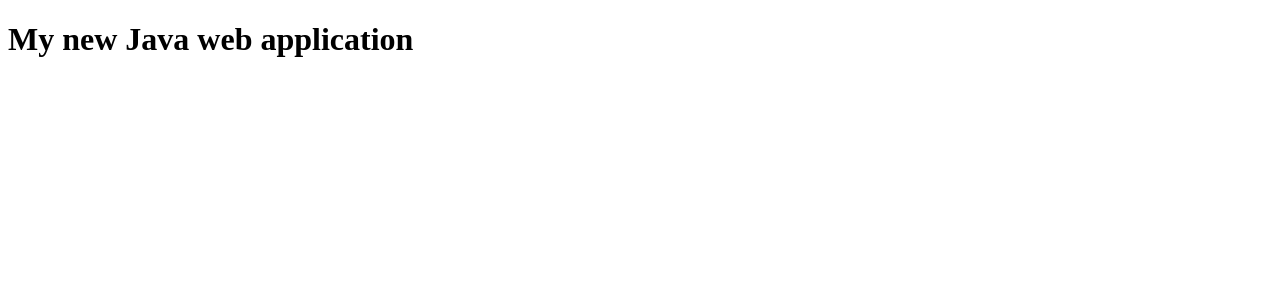
Repository: agamsrm/trainingglobal
Page: GlobalLogicWeb/HelloWorldWeb/src/main/webapp/Index.html
An editor plug-in stored every save of this project. The page is shown before and after the next save, followed by the edit.
The browser window is 1280 px wide. The pictures show the whole page.

Above is the page before, as saved 2022-07-29 12:16:40.

After the next save:
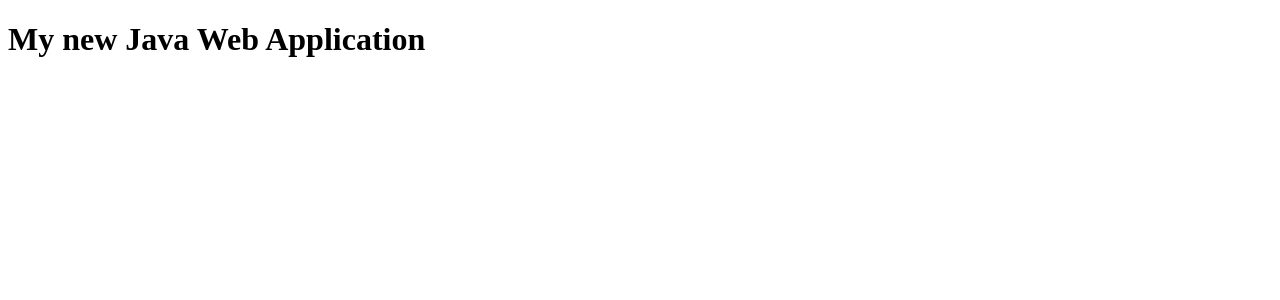
Saved 21 s later.
--- a/GlobalLogicWeb/HelloWorldWeb/src/main/webapp/Index.html
+++ b/GlobalLogicWeb/HelloWorldWeb/src/main/webapp/Index.html
@@ -5,6 +5,6 @@
 <title>Insert title here</title>
 </head>
 <body>
-<h1> My new Java web application</h1>
+<h1> My new Java Web Application</h1>
 </body>
 </html>
